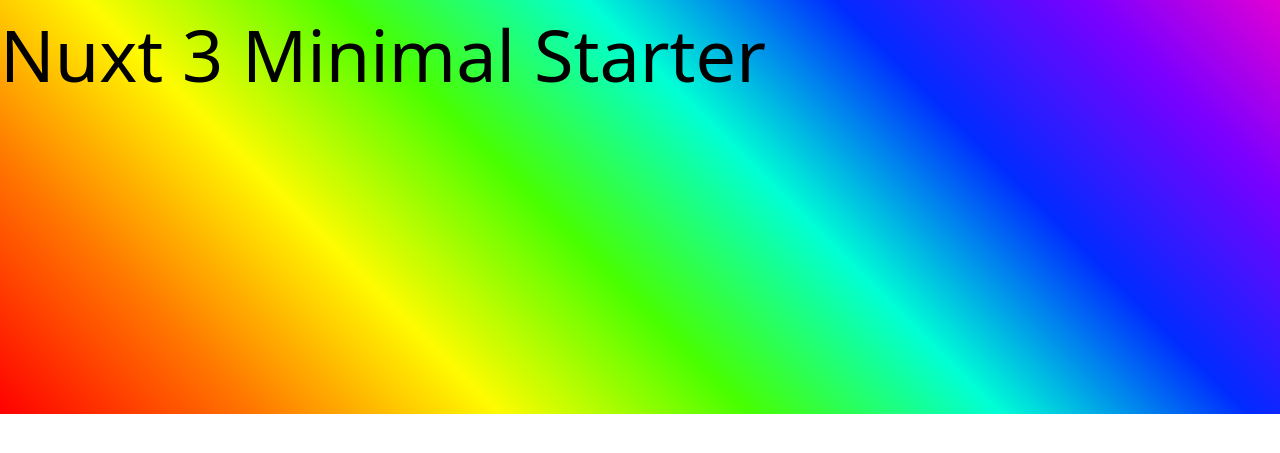
Repository: Freezler/nuxt
Page: /
An editor plug-in stored every save of this project. The page is shown before and after the next save, followed by the edit.
The browser window is 1280 px wide. The pictures show the whole page.
The project was rebuilt for these pictures with package versions that can differ from the ones it lists, and the page was loaded fresh each time. The framework's server and built-in components were replaced by stand-ins that run in the browser. Also part of the build but not shown: nuxt.config.ts.

Above is the page before, as saved 2024-08-02 21:07:34.

### assets/css/main.css
@tailwind base;
@tailwind components;
@tailwind utilities;

html {
	background:
	linear-gradient(45deg, #ff0000, #ff7300, #fffb00, #48ff00, #00ffd5, #002bff, #7a00ff, #ff00c8, #ff0000);


	animation: gradient 6s cubic-bezier(0.455, 0.03, 0.515, 0.955) infinite;
	background-size: 100% 100vh;
	background-repeat: no-repeat;
}
@keyframes gradient {
	0% {
		background-position: 0% 50%;
	}
	50% {
		background-position: 100% 50%;
	}
	100% {
		background-position: 0% 50%;
	}


}

### app.vue
<template>
  <div>
    <h1 class="text-[72px]">Nuxt 3 Minimal Starter</h1>
  </div>
</template>

### tailwind.config.js
/** @type {import('tailwindcss').Config} */
module.exports = {
	content: [
		"./components/**/*.{js,vue,ts}",
		"./layouts/**/*.vue",
		"./pages/**/*.vue",
		"./plugins/**/*.{js,ts}",
		"./app.vue",
		"./error.vue",
	],
	theme: {
		extend: {},
	},
	plugins: [],
}

After the next save:
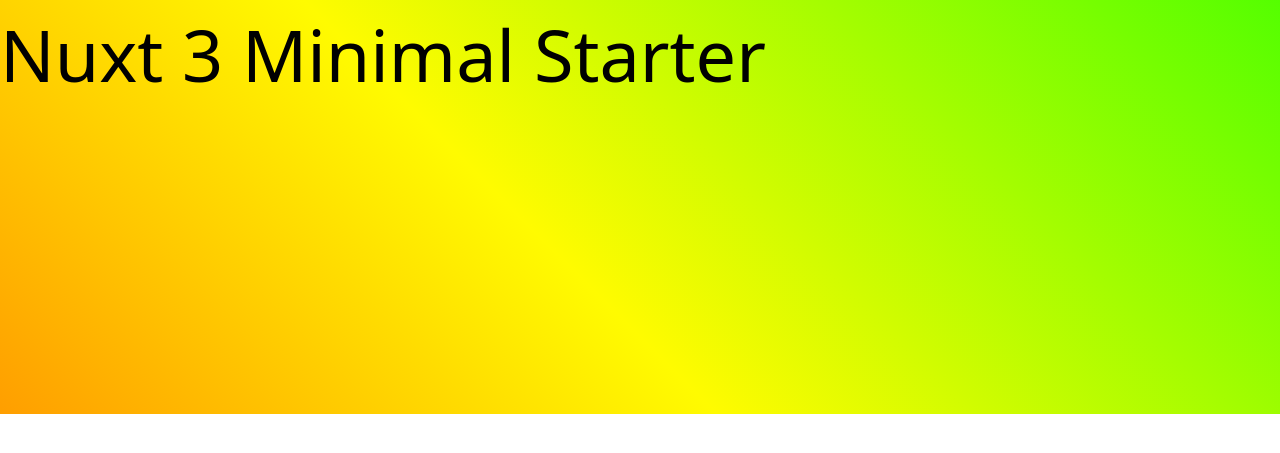
Saved 6 s later.
--- a/assets/css/main.css
+++ b/assets/css/main.css
@@ -8,7 +8,7 @@
 
 
 	animation: gradient 6s cubic-bezier(0.455, 0.03, 0.515, 0.955) infinite;
-	background-size: 100% 100vh;
+	background-size: 600% 100vh;
 	background-repeat: no-repeat;
 }
 @keyframes gradient {
